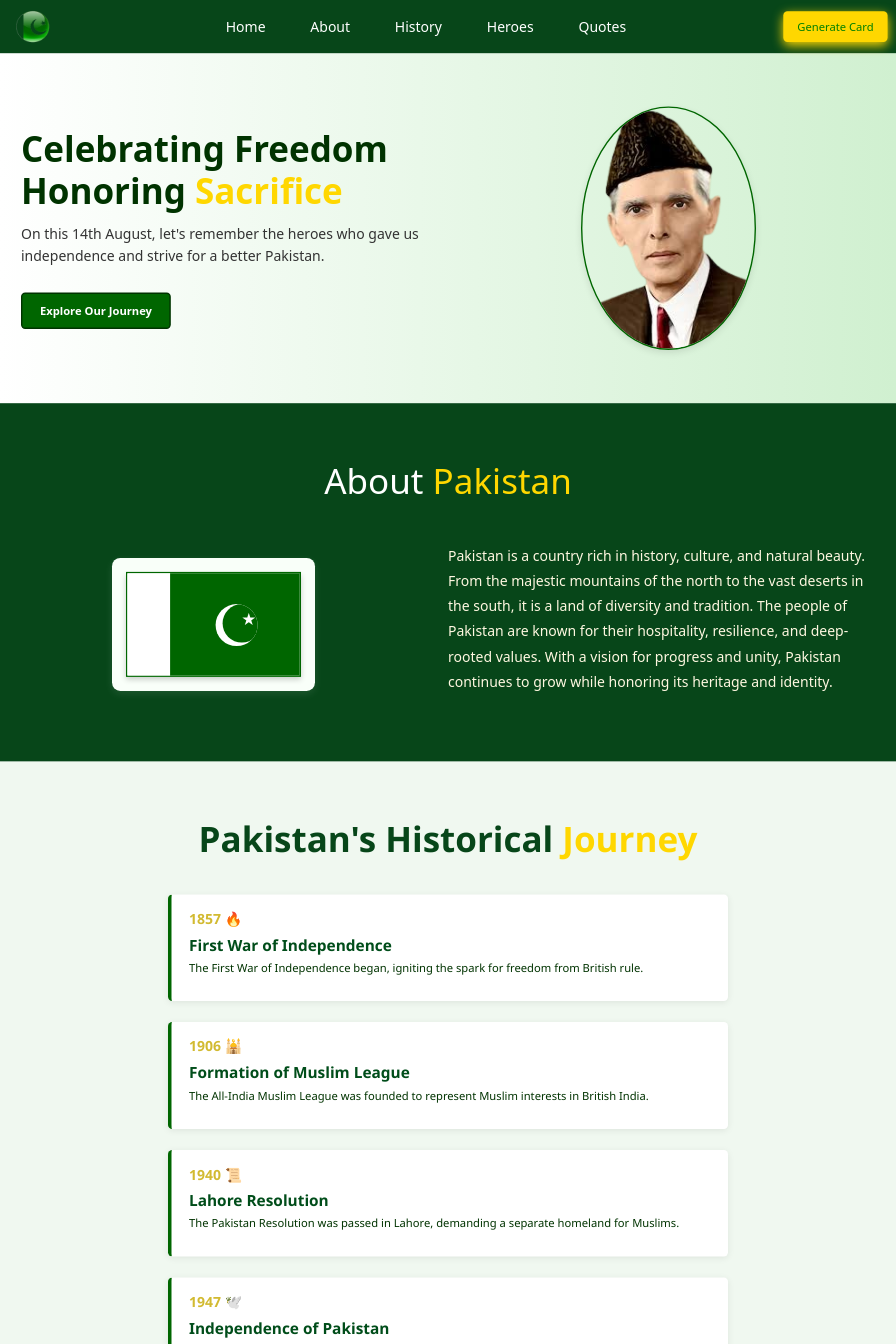
Repository: memonmuhammadali98/Pakistan-Independence-Day
Page: index.html
An editor plug-in stored every save of this project. The page is shown before and after the next save, followed by the edit.
The browser window is 1280 px wide. The pictures show the part of the page from y = 0 to 1920 px (the page is 6354 px tall), at 70% of full size.

Above is the page before, as saved 2025-08-09 21:34:25.

After the next save:
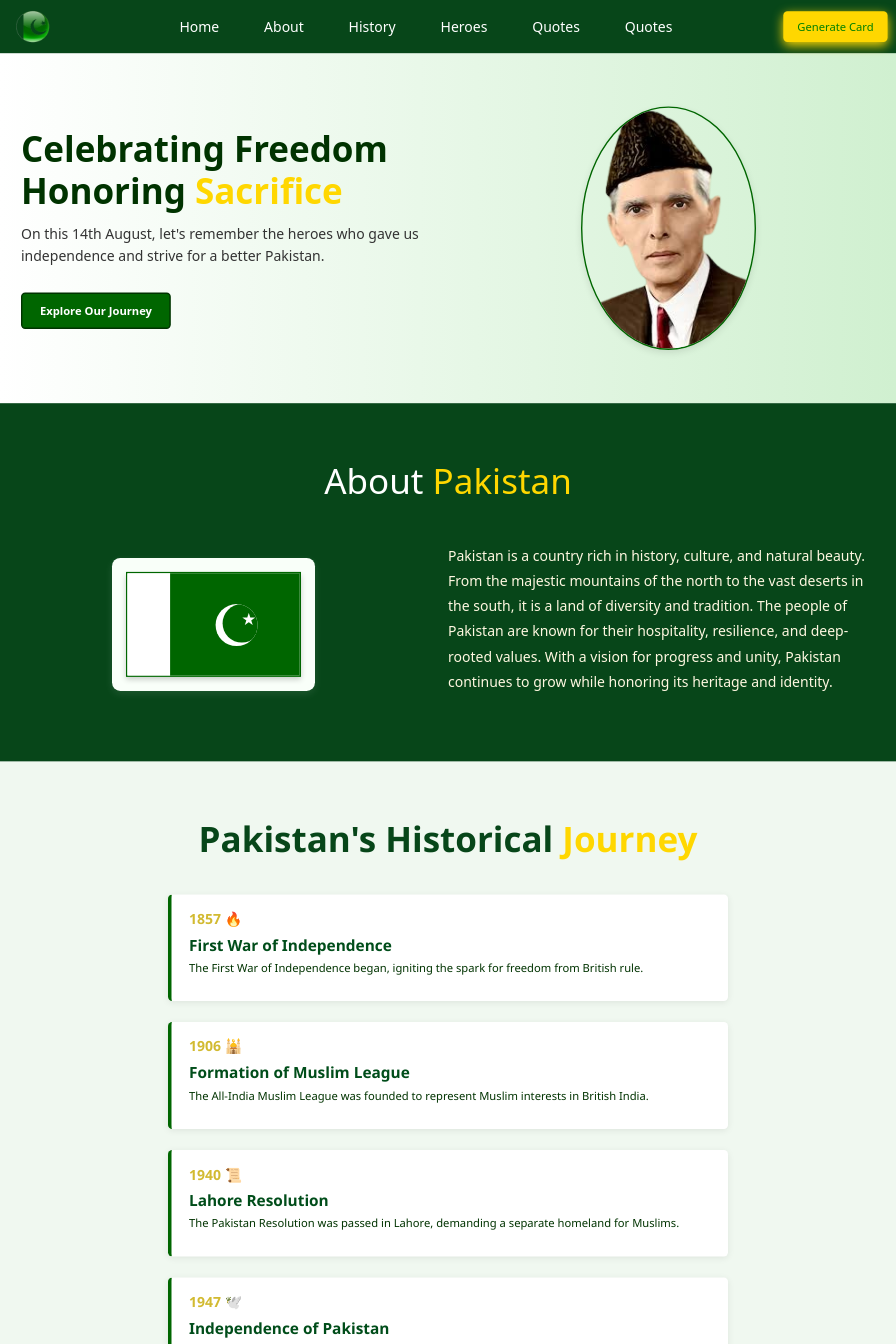
Saved 71 s later.
--- a/index.html
+++ b/index.html
@@ -43,6 +43,9 @@
           <li class="nav-item">
             <a class="nav-link active" aria-disabled="true" href="#Quotes">Quotes</a>
           </li>
+          <li class="nav-item">
+            <a class="nav-link active" aria-disabled="true" href="#Quotes">Quotes</a>
+          </li>
         </ul>
         <a href="#Generate-Card" class="btn">Generate Card</a>
       </div>
